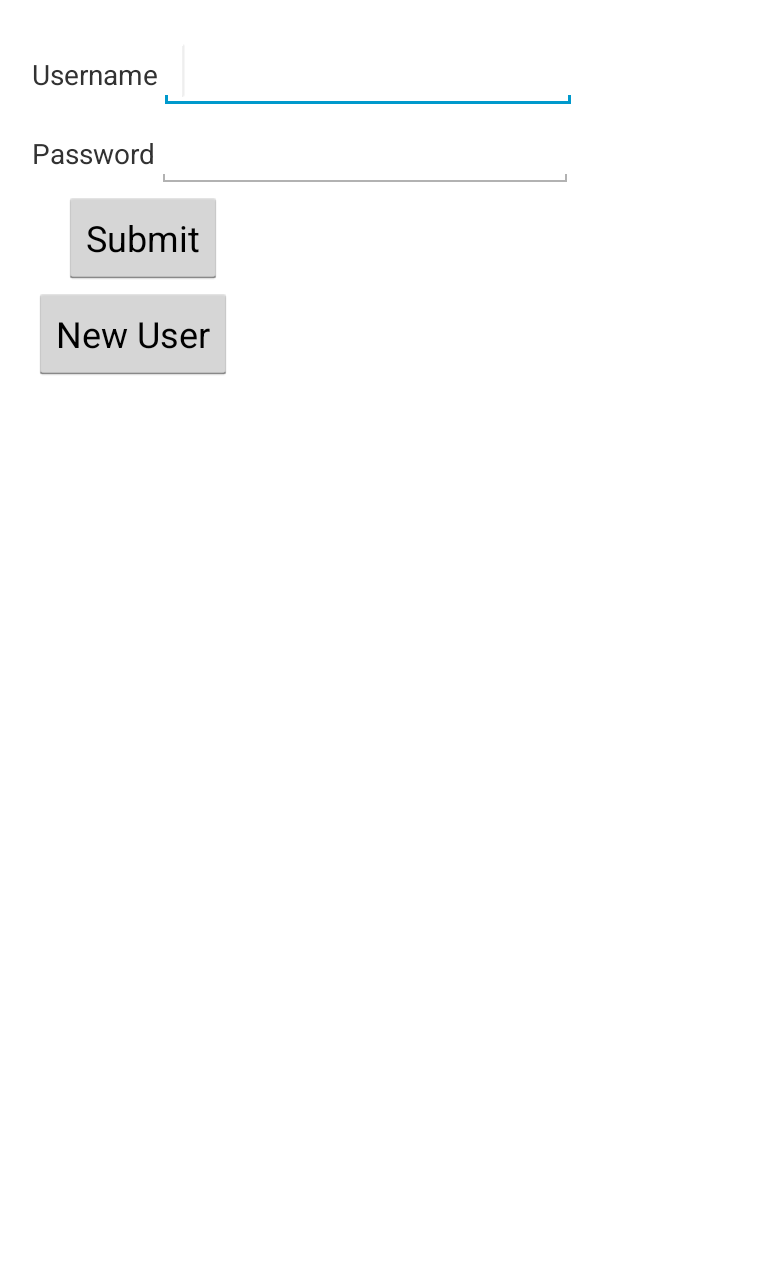
Repository: sbobra/women-startupweekend-sf
Layout: LaundryList/res/layout/activity_goal1.xml
The author's editor kept a copy of each file at every save. The layout is drawn from the files as they stood at one save, then again after a run of saves.
It is drawn on a 768 x 1280 px phone screen (xhdpi) without system bars, with theme AppTheme; the app's code is not run.

Above is the layout before, as saved 2013-09-15 04:06:51.

### LaundryList/res/layout/activity_goal1.xml
<LinearLayout xmlns:android="http://schemas.android.com/apk/res/android"
    xmlns:tools="http://schemas.android.com/tools"
    android:layout_width="match_parent"
    android:layout_height="match_parent"
    android:orientation="vertical"
    android:paddingBottom="@dimen/activity_vertical_margin"
    android:paddingLeft="@dimen/activity_horizontal_margin"
    android:paddingRight="@dimen/activity_horizontal_margin"
    android:paddingTop="@dimen/activity_vertical_margin"
    tools:context=".LoginActivity" >

    <LinearLayout
        android:layout_width="wrap_content"
        android:layout_height="wrap_content"
        android:orientation="horizontal"
        android:id="@+id/nameLayout"
        android:visibility="gone">

        <TextView
            android:id="@+id/textView3"
            android:layout_width="wrap_content"
            android:layout_height="wrap_content"
            android:text="Name" />

        <EditText
            android:id="@+id/nameTextBox"
            android:layout_width="wrap_content"
            android:layout_height="wrap_content"
            android:ems="10" />
    </LinearLayout>

    <LinearLayout
        android:layout_width="wrap_content"
        android:layout_height="wrap_content"
        android:orientation="horizontal" >

        <TextView
            android:id="@+id/textView2"
            android:layout_width="wrap_content"
            android:layout_height="wrap_content"
            android:text="Username" />

        <EditText
            android:id="@+id/usernameTextBox"
            android:layout_width="wrap_content"
            android:layout_height="wrap_content"
            android:ems="10"
            android:inputType="textEmailAddress" >

            <requestFocus />
        </EditText>
    </LinearLayout>

    <LinearLayout
        android:layout_width="wrap_content"
        android:layout_height="wrap_content"
        android:orientation="horizontal" >

        <TextView
            android:id="@+id/textView3"
            android:layout_width="wrap_content"
            android:layout_height="wrap_content"
            android:text="Password" />

        <EditText
            android:id="@+id/passwordTextBox"
            android:layout_width="wrap_content"
            android:layout_height="wrap_content"
            android:ems="10"
            android:inputType="textPassword" />
    </LinearLayout>

    <Button
        android:id="@+id/loginButton"
        android:layout_width="wrap_content"
        android:layout_height="wrap_content"
        android:layout_marginLeft="15dp"
        android:text="Submit" />

    <Button
        android:id="@+id/newAcctButton"
        android:layout_width="wrap_content"
        android:layout_height="wrap_content"
        android:text="New User" />


</LinearLayout>

Loaded but not shown: LaundryList/res/values/styles.xml (common file); LaundryList/res/values-v11/styles.xml (common file); LaundryList/res/values-v14/styles.xml (common file); LaundryList/res/values/dimens.xml (common file)

After the next 2 saves:
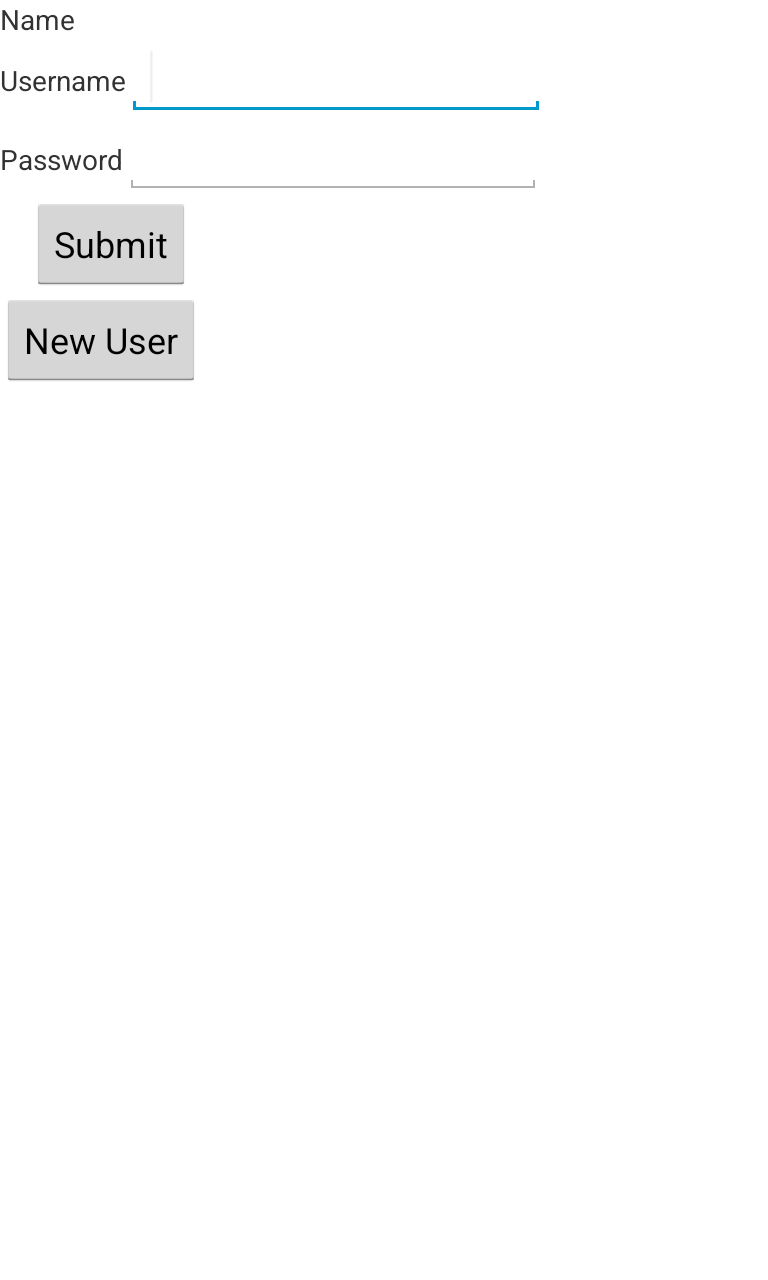
The 2 saves are shown as one change because they came seconds apart.
The last was saved 21 s later.
--- a/LaundryList/res/layout/activity_goal1.xml
+++ b/LaundryList/res/layout/activity_goal1.xml
@@ -2,12 +2,13 @@
     xmlns:tools="http://schemas.android.com/tools"
     android:layout_width="match_parent"
     android:layout_height="match_parent"
-    android:orientation="vertical"
-    android:paddingBottom="@dimen/activity_vertical_margin"
-    android:paddingLeft="@dimen/activity_horizontal_margin"
-    android:paddingRight="@dimen/activity_horizontal_margin"
-    android:paddingTop="@dimen/activity_vertical_margin"
-    tools:context=".LoginActivity" >
+    android:orientation="vertical" >
+
+    <TextView
+            android:id="@+id/textView3"
+            android:layout_width="wrap_content"
+            android:layout_height="wrap_content"
+            android:text="Name" />
 
     <LinearLayout
         android:layout_width="wrap_content"
